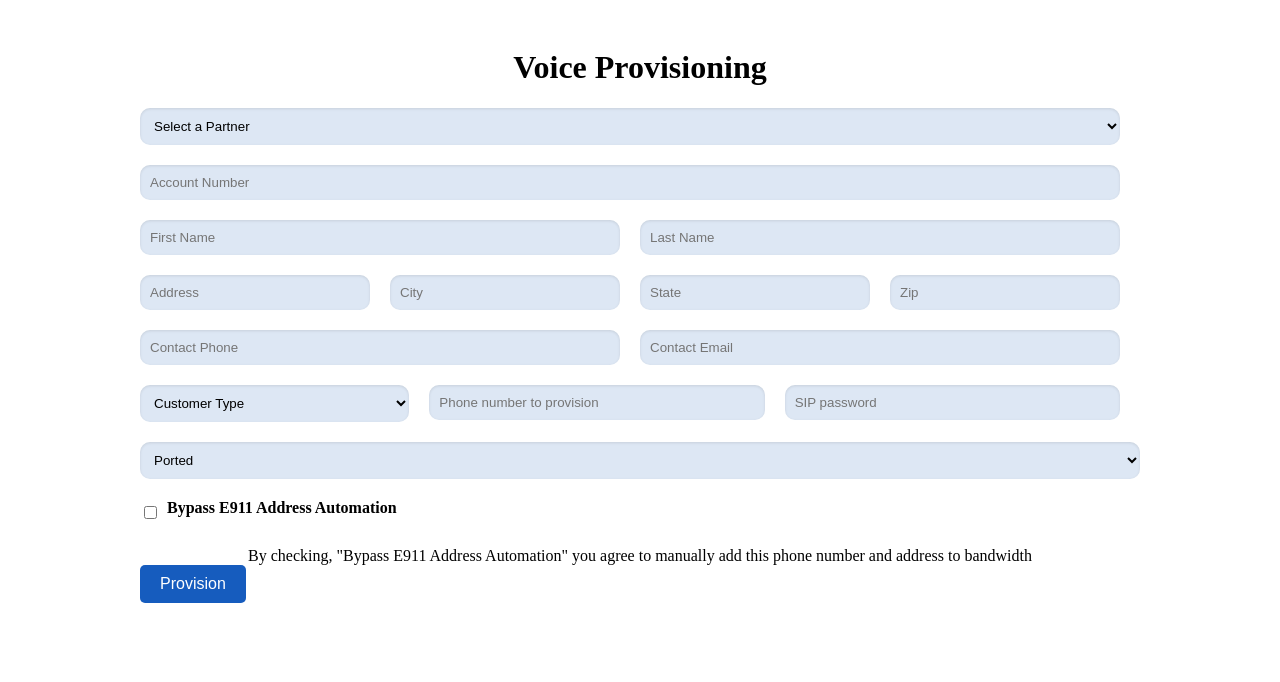
Repository: smallchungus/logiccom
Page: /
An editor plug-in stored every save of this project. The page is shown before and after the next save, followed by the edit.
The browser window is 1280 px wide. The pictures show the whole page.
The project was rebuilt for these pictures with package versions that can differ from the ones it lists, and the page was loaded fresh each time. Also part of the build but not shown: vite.config.ts.

Above is the page before, as saved 2023-05-04 12:29:39.

### src/App.vue
<style src="./styles.css"></style>


<template>


<form>
  <header>
    <h1>Voice Provisioning</h1>
  </header>
      <div class="form-group">
        <!-- <label for="partner">Select a partner:</label> -->
        <select id="partner" name="partner" placeholder="Select a Partner">
          <option value="Sprout">Select a Partner</option>
          <option value="option2">Option 2</option>
        </select>
      </div>

      <div class="form-group">
        <input type="text" id="accountNum" name="accountNum" placeholder="Account Number">
      </div>

    <div class="form-row">
      <div class="form-group">
        <input type="text" id="firstName" name="firstName" placeholder="First Name" class="inline">
      </div>

      <div class="form-group">
        <input type="text" id="lastName" name="lastName" placeholder="Last Name" class="inline">
      </div>
    </div>

    <div class="form-row">
      <div class="form-group">
        <input type="text" id="address" name="address" placeholder="Address">
      </div>

      <div class="form-group">
        <input type="text" id="city" name="city" placeholder="City">
      </div>

      <div class="form-group">
        <input type="text" id="state" name="state" placeholder="State">
      </div>

      <div class="form-group">
        <input type="text" id="zip" name="zip" placeholder="Zip">
      </div>
    </div>

    <div class="form-row">
      <div class="form-group">
        <input type="text" id="contactPhone" name="contactPhone" placeholder="Contact Phone">
      </div>

      <div class="form-group">
        <input type="text" id="contactEmail" name="contactEmail" placeholder="Contact Email">
      </div>
    </div>

    <div class="form-row">
      <div class="form-group">
        <!-- <label for="customerType">Customer Type:</label> -->
        <select id="customerType" name="customerType">
          <option value="Sprout">Customer Type</option>
          <option value="option2">Option 2</option>
        </select>
      </div>

      <div class="form-group">
        <input type="text" id="phoneToProv" name="phoneToProv" placeholder="Phone number to provision">
      </div>

      <div class="form-group">
        <input type="password" id="sipPassword" name="sipPassword" placeholder="SIP password">
      </div>
    </div>

    <!-- <label for="ported">Ported</label> -->
     <select id="ported" name="ported">
      <option value="">Ported</option>
      <option value="option2">Option 2</option>
    </select>


<div class="checkbox-wrapper">
  <input type="checkbox">
  <label for="e911">Bypass E911 Address Automation</label>
</div>

<div class="warning-box">
  By checking, "Bypass E911 Address Automation" you agree to manually add this phone number and address to bandwidth
</div>
    <button type="submit" class="button-primary">Provision</button>
  </form>
</template>

### src/styles.css
header {
    text-align: center;
    margin: 0 auto;
  }

  body {
    text-align: center;
  }

  form {
    /* background-color: #f7f7f7; */
    border-radius: 5px;
    padding: 20px;
    margin: 0 auto;
    max-width: 1000px;
  }

  .form-row {
    display: flex;
    flex-wrap: wrap;
  }

  .form-row .form-group {
    /* width: calc(50% - 10px); */
    margin-right: 20px;
  }


  label {
    display: block;
    font-weight: bold;
    margin-bottom: 10px;
  }

  input[type="text"],
  input[type="password"],
  select {
    box-sizing: border-box; /* add this line */
    background-color: #dde7f4;
    width: 100%;
    padding: 10px;
    border: none;
    border-radius: 10px;
    margin-bottom: 20px;
    box-shadow: inset 0px 1px 3px rgba(0, 0, 0, 0.1);
  }

  input[type="text"].inline {
    display: inline-block;
    /* width: calc(50% - 10px); */
    margin-right: 20px;
  }

  .form-group {
    flex-grow: 1;
    margin-right: 20px;
  }

  .checkbox-wrapper {
    display: flex;
    align-items: center;
    margin-bottom: 20px;
  }

  .checkbox-wrapper input[type="checkbox"] {
    margin-right: 10px;
  }

  button[type="submit"] {
    background-color: #165cbe;
    color: #fff;
    border: none;
    border-radius: 5px;
    padding: 10px 20px;
    font-size: 16px;
    cursor: pointer;
    display: flex;
    justify-content: flex-end;

  }

  @media (min-width: 1024px) {
    header {
      display: flex;
      justify-content: center;
      align-items: center;
    }
  }

Loaded but not shown: index.html (common file); src/main.ts (common file)

After the next save:
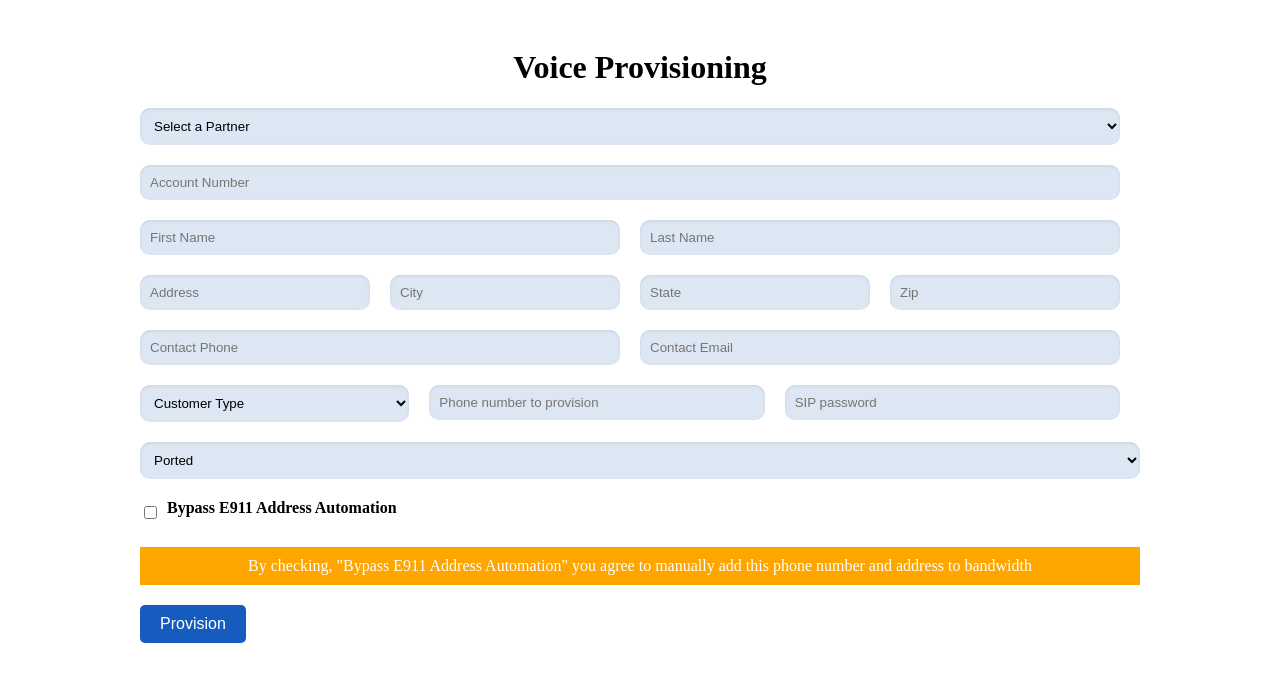
Saved 28 s later.
--- a/src/styles.css
+++ b/src/styles.css
@@ -66,6 +66,14 @@ header {
     margin-right: 10px;
   }
 
+  .warning-box {
+    background-color: orange;
+    color: white;
+    padding: 10px;
+    margin-bottom: 20px;
+    text-align: center;
+  }
+
   button[type="submit"] {
     background-color: #165cbe;
     color: #fff;
